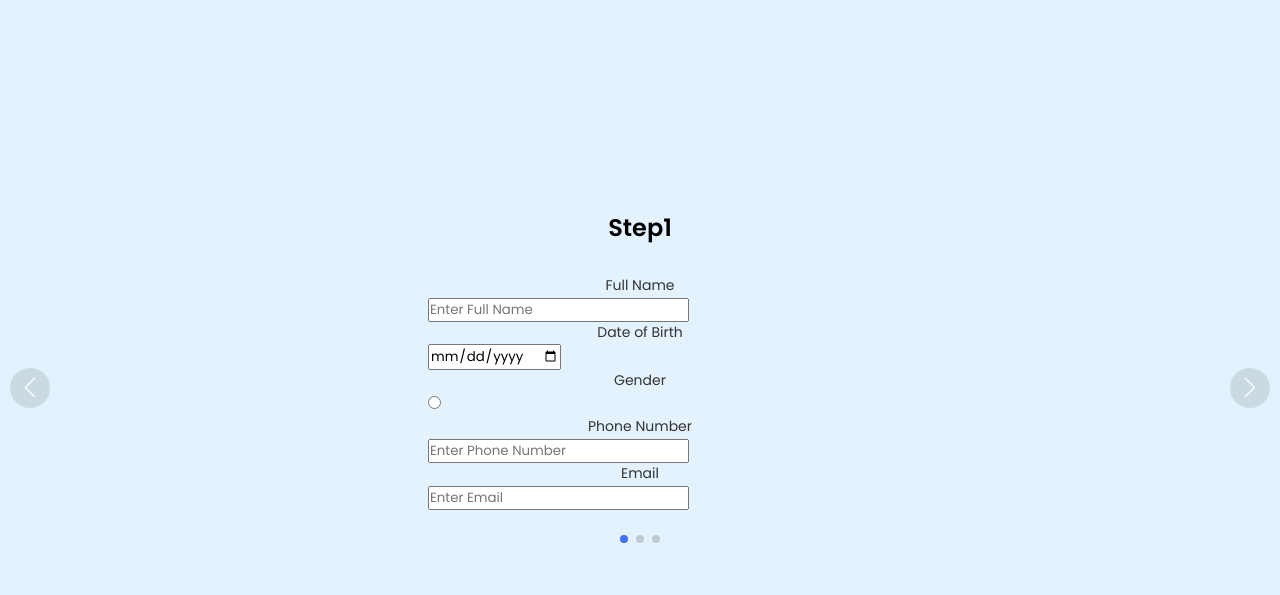
Repository: Habeebur1493/-22-multi-step-form
Page: index.html
An editor plug-in stored every save of this project. The page is shown before and after the next save, followed by the edit.
The browser window is 1280 px wide. The pictures show the whole page.

Above is the page before, as saved 2024-10-13 12:46:56.

After the next save:
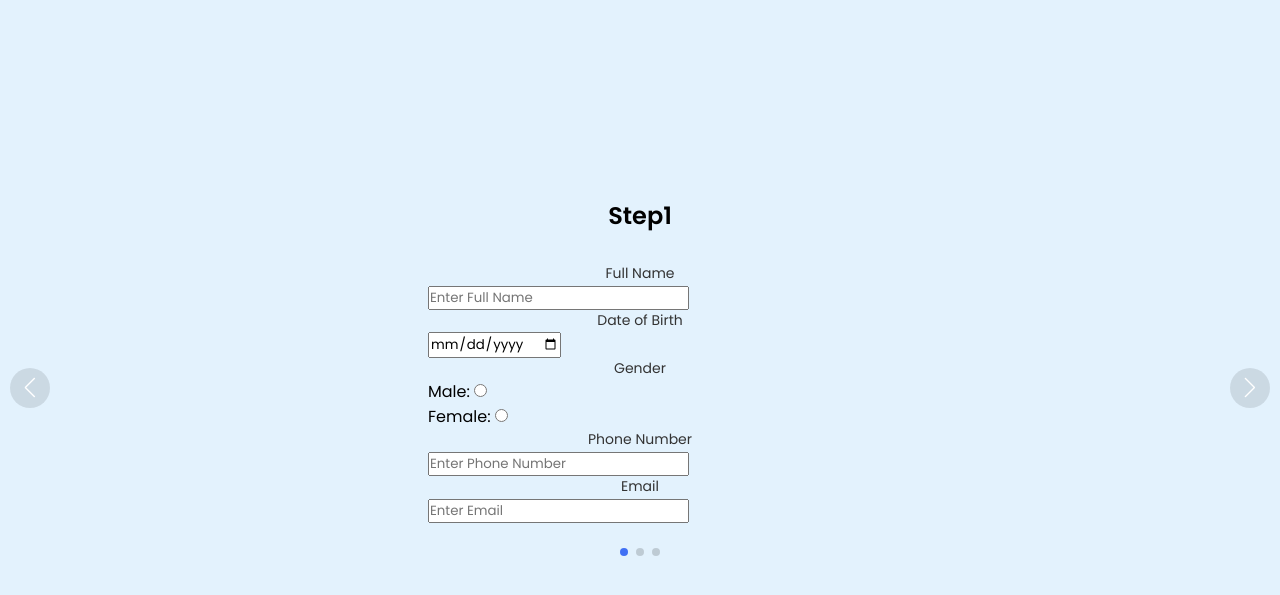
Saved 81 s later.
--- a/index.html
+++ b/index.html
@@ -32,7 +32,11 @@
               <input type="date" placeholder="Date of Birth" />
               <br>
               <p>Gender</p>
-              <input type="radio" placeholder="Enter Gender" />
+              Male:
+              <input type="radio" name="Gender:" id="">
+              <br>
+              Female:
+              <input type="radio" name="Gender:" id="">
               <br>
               <p>Phone Number</p>
               <input type="number" placeholder="Enter Phone Number" />

After the save that followed:
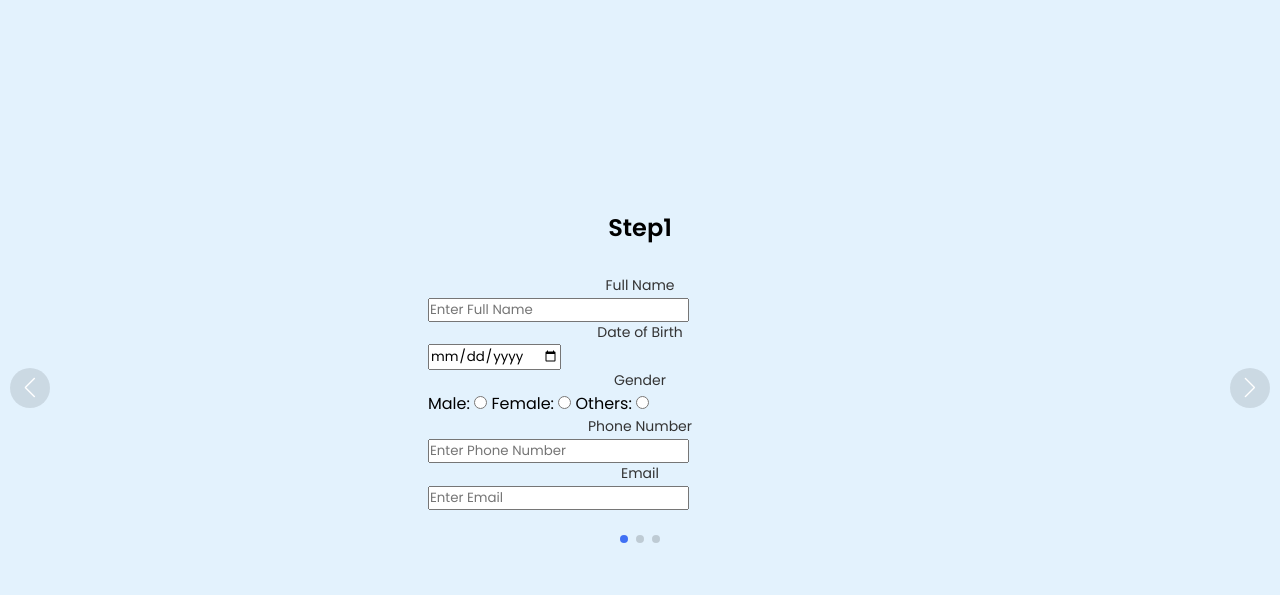
Saved 52 s later.
--- a/index.html
+++ b/index.html
@@ -34,10 +34,10 @@
               <p>Gender</p>
               Male:
               <input type="radio" name="Gender:" id="">
-              <br>
               Female:
               <input type="radio" name="Gender:" id="">
-              <br>
+              Others:
+              <input type="radio" name="Gender:" id="">
               <p>Phone Number</p>
               <input type="number" placeholder="Enter Phone Number" />
               <br>
